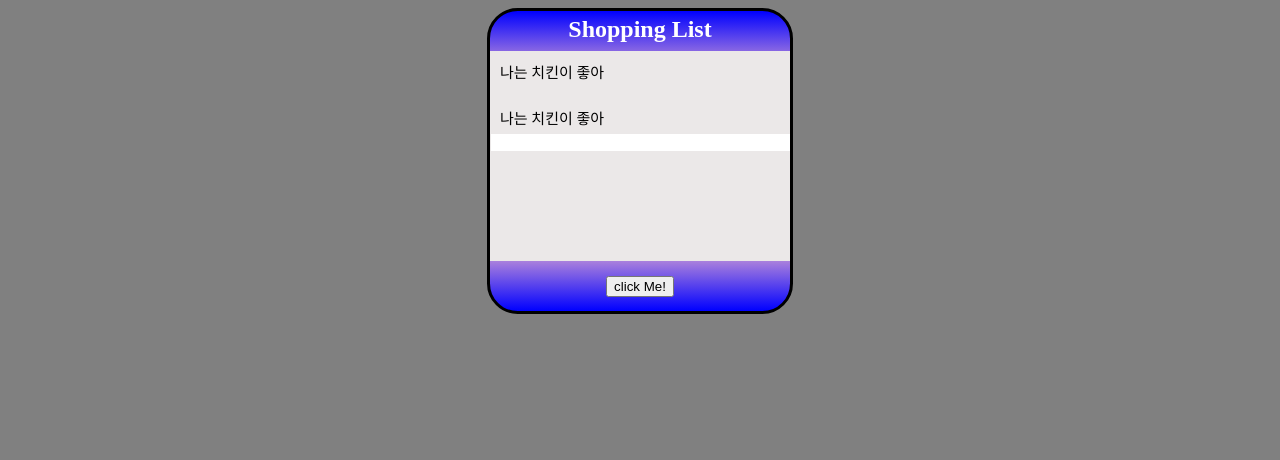
Repository: DevMinwoo-Jung/JavaScript101
Page: WebApIs/shoppingApp/index.html
An editor plug-in stored every save of this project. The page is shown before and after the next save, followed by the edit.
The browser window is 1280 px wide. The pictures show the whole page.

Above is the page before, as saved 2021-06-14 11:35:02.

After the next save:
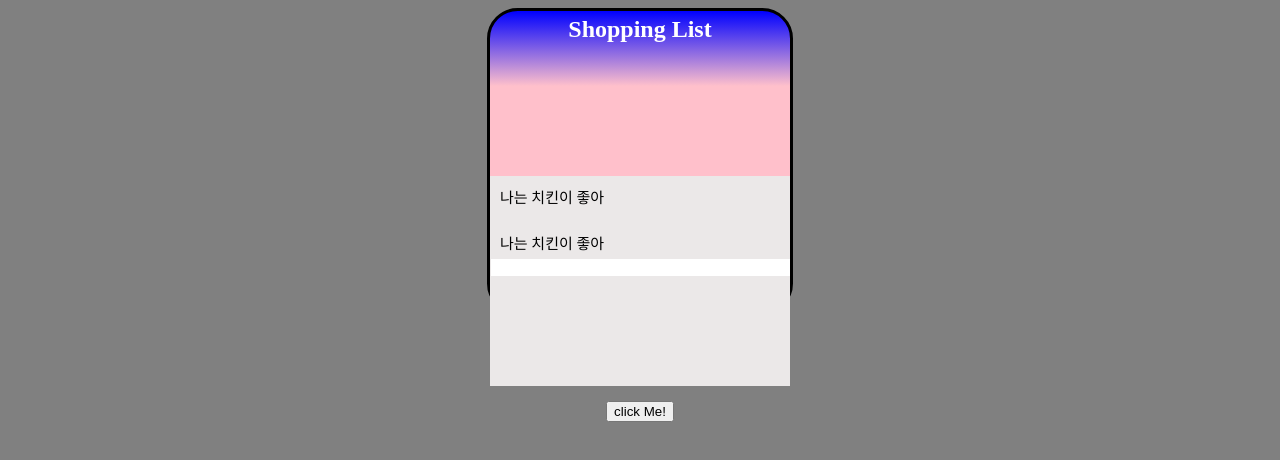
Saved 16 s later.
--- a/WebApIs/shoppingApp/style.css
+++ b/WebApIs/shoppingApp/style.css
@@ -31,6 +31,7 @@
 .item__list {
   height: 210px;
   background-color: var(--background-color);
+  margin-top: 140px;
 }
 
 .item__list p {

After the save that followed:
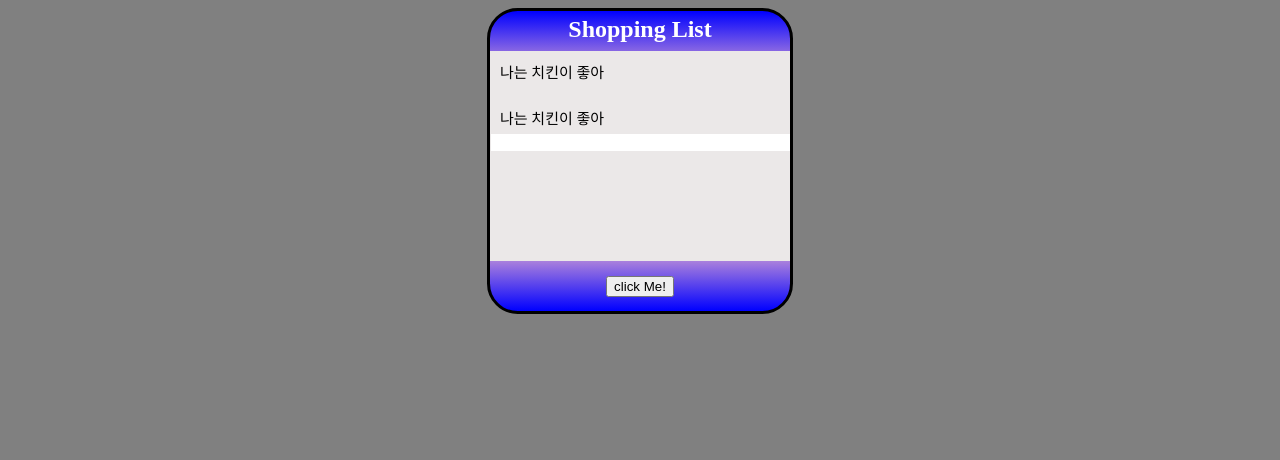
Saved 6 s later.
--- a/WebApIs/shoppingApp/style.css
+++ b/WebApIs/shoppingApp/style.css
@@ -31,7 +31,6 @@
 .item__list {
   height: 210px;
   background-color: var(--background-color);
-  margin-top: 140px;
 }
 
 .item__list p {
